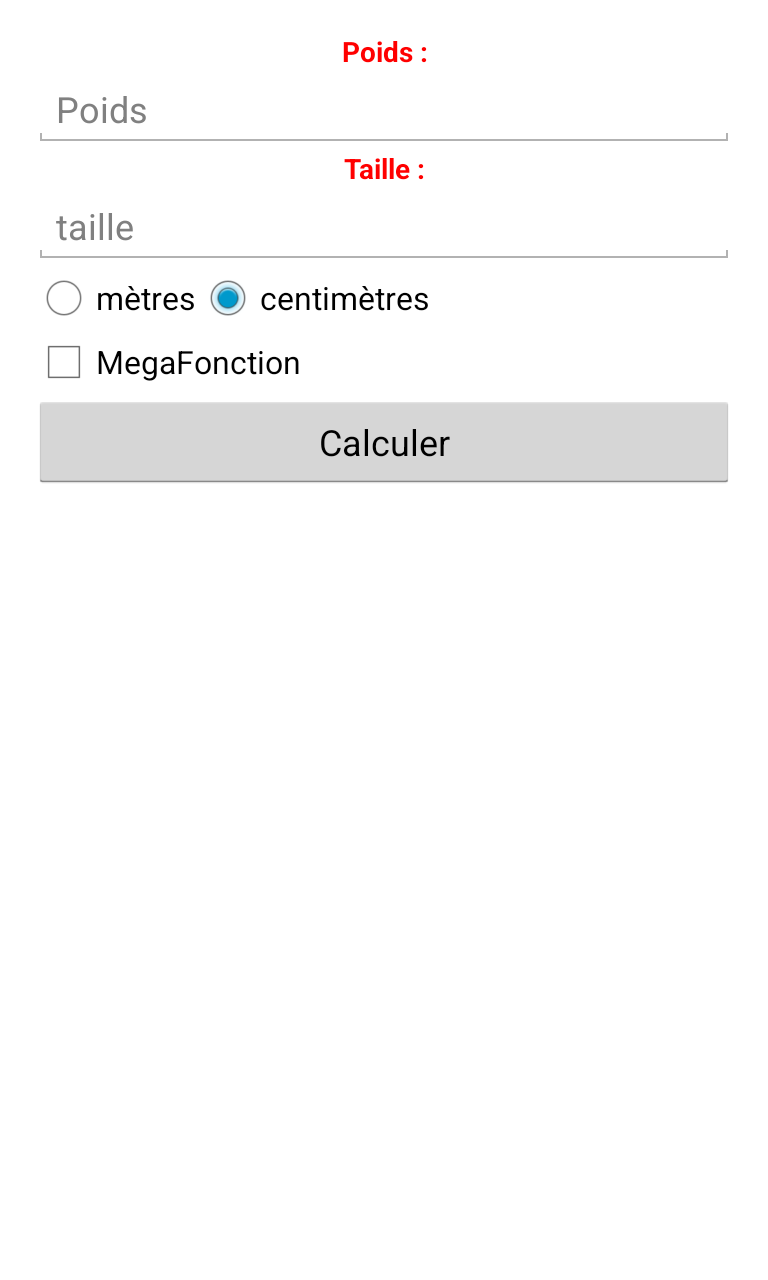
Repository: mikaelpopowicz/cours
Layout: graph/test/res/layout/activity_main.xml
The author's editor kept a copy of each file at every save. The layout is drawn from the files as they stood at one save, then again after the next save.
It is drawn on a 768 x 1280 px phone screen (xhdpi) without system bars, with theme AppTheme; the app's code is not run.

Above is the layout before, as saved 2014-02-26 22:49:38.

### graph/test/res/layout/activity_main.xml
<LinearLayout xmlns:android="http://schemas.android.com/apk/res/android"
    xmlns:tools="http://schemas.android.com/tools"
    android:layout_width="match_parent"
    android:layout_height="match_parent"
    android:paddingBottom="@dimen/activity_vertical_margin"
    android:paddingLeft="@dimen/activity_horizontal_margin"
    android:paddingRight="@dimen/activity_horizontal_margin"
    android:paddingTop="@dimen/activity_vertical_margin"
    tools:context=".MainActivity"
    android:orientation="vertical" >

    <TextView
        android:layout_width="fill_parent"
        android:layout_height="wrap_content"
        android:text="Poids :"
        android:textStyle="bold"
        android:textColor="#FF0000"
        android:gravity="center"/>

    <EditText
        android:id="@+id/poids"
        android:layout_width="fill_parent"
        android:layout_height="wrap_content"
        android:hint="Poids"
        android:inputType="text"/>

    <TextView
        android:layout_width="fill_parent"
        android:layout_height="wrap_content"
        android:text="Taille :"
        android:textStyle="bold"
        android:textColor="#FF0000"
        android:gravity="center"/>

    <EditText
        android:id="@+id/taille"
        android:layout_width="fill_parent"
        android:layout_height="wrap_content"
        android:hint="taille"
        android:inputType="text"/>

    <RadioGroup
  		android:layout_width="wrap_content"
  		android:layout_height="wrap_content"
  		android:orientation="horizontal" >
  		<RadioButton
    		android:layout_width="wrap_content"
    		android:layout_height="wrap_content"
    		android:text="mètres" />
  		<RadioButton
    		android:layout_width="wrap_content"
    		android:layout_height="wrap_content"
    		android:text="centimètres"
    		android:checked="true" />
	</RadioGroup>

    <CheckBox
  		android:layout_width="fill_parent"
  		android:layout_height="wrap_content"
  		android:text="MegaFonction"  />

    <Button
        android:id="@+id/calcul"
        android:layout_width="fill_parent"
        android:layout_height="wrap_content"
        android:text="Calculer"/>

</LinearLayout>

Loaded but not shown: graph/test/res/values/styles.xml (common file); graph/test/res/values-v11/styles.xml (common file); graph/test/res/values-v14/styles.xml (common file); graph/test/res/values/dimens.xml (common file)

After the next save:
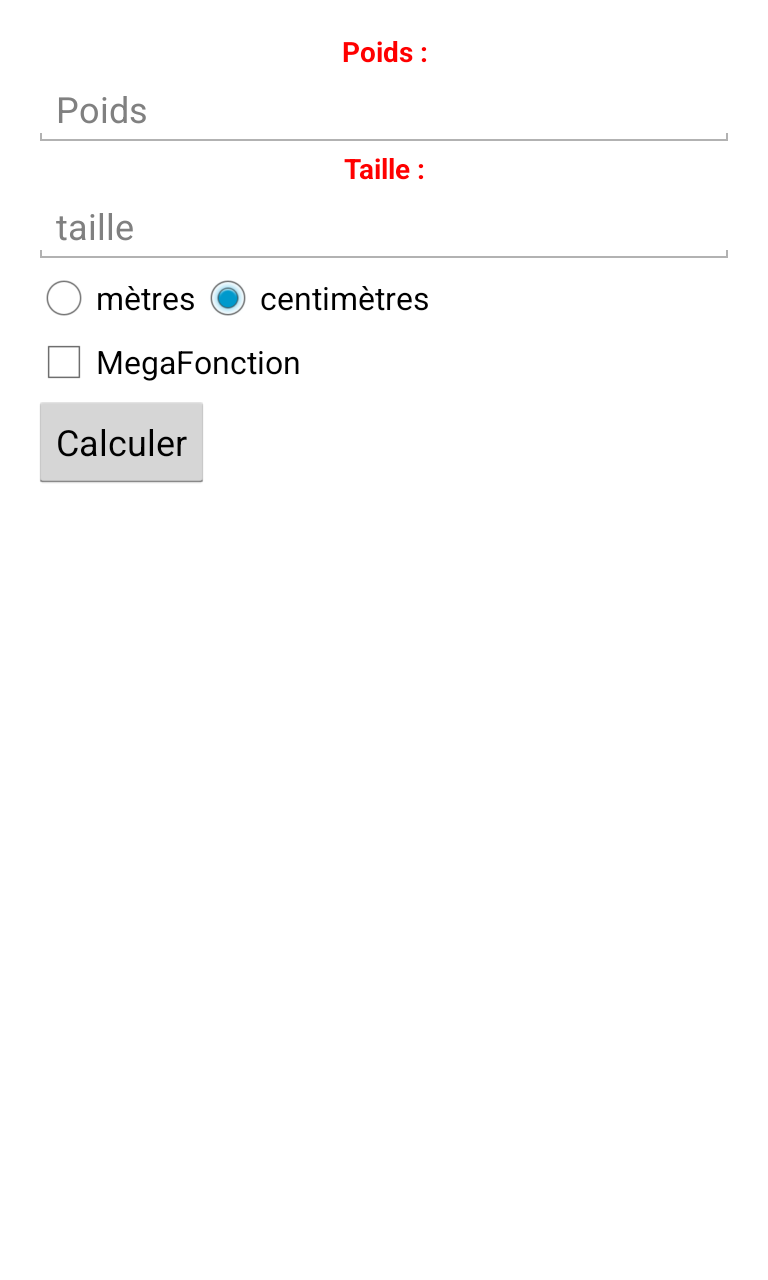
Saved 11 s later.
--- a/graph/test/res/layout/activity_main.xml
+++ b/graph/test/res/layout/activity_main.xml
@@ -61,7 +61,7 @@
 
     <Button
         android:id="@+id/calcul"
-        android:layout_width="fill_parent"
+        android:layout_width="wrap_content"
         android:layout_height="wrap_content"
         android:text="Calculer"/>
 
